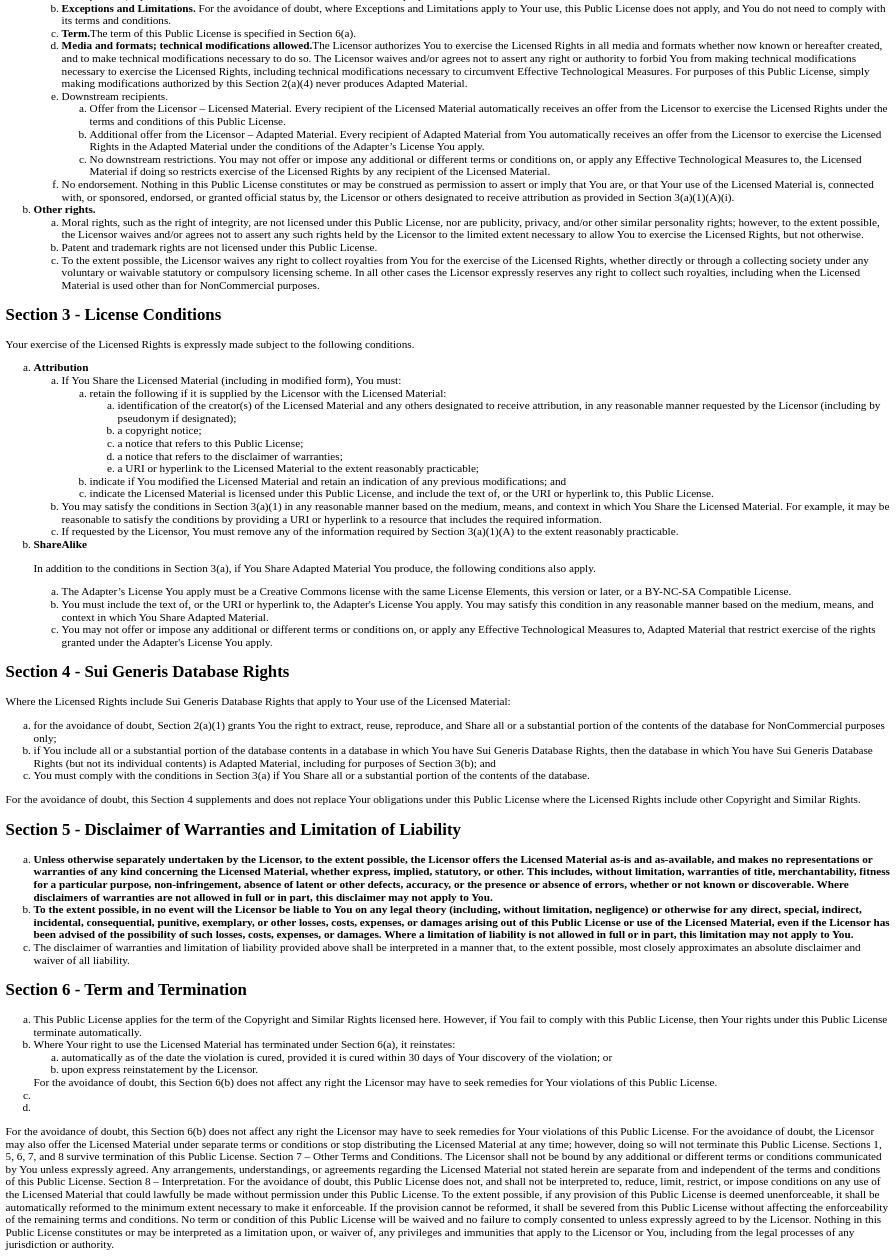
Repository: Team-Ikigami/Ascendance
Page: LICENSE-CC BY-NC-SA.html
These files come from the project's save history. The page is drawn as it stood at one moment and after the next save; the edit follows.
The browser window is 1280 px wide. The pictures show the part of the page from y = 879 to 2799 px (the page is 2674 px tall before and 2799 px after), at 70% of full size.

Above is the page before, as saved 2021-12-12 02:06:42.

### LICENSE-CC BY-NC-SA.html
<!DOCTYPE html>
<html lang="en">
<head>
	<meta charset="UTF-8">
	<meta http-equiv="X-UA-Compatible" content="IE=edge">
	<meta name="viewport" content="width=device-width, initial-scale=1.0">
	<title>LICENSE-CC BY-NC-SA</title>
	<style type="text/css">
		ol { list-style-type: lower-alpha; }
		#center { text-align: center; }
	</style>
</head>
<body>
	<h1 class="center">Creative Commons Attribution-NonCommercial-ShareAlike 4.0 International Public License</h1>
	<p>
		By exercising the Licensed Rights (defined below), You accept and agree to be bound by the terms and conditions of this Creative Commons Attribution-NonCommercial-ShareAlike 4.0 International Public License ("Public License"). To the extent this Public License may be interpreted as a contract, You are granted the Licensed Rights in consideration of Your acceptance of these terms and conditions, and the Licensor grants You such rights in consideration of benefits the Licensor receives from making the Licensed Material available under these terms and conditions.
	</p>
	<h2 class="center">Section 1 – Definitions.</h2>
	<ol>
		<li>Adapted Material means material subject to Copyright and Similar Rights that is derived from or based upon the Licensed Material and in which the Licensed Material is translated, altered, arranged, transformed, or otherwise modified in a manner requiring permission under the Copyright and Similar Rights held by the Licensor. For purposes of this Public License, where the Licensed Material is a musical work, performance, or sound recording, Adapted Material is always produced where the Licensed Material is synched in timed relation with a moving image.</li>
		<li>Adapters License means the license You apply to Your Copyright and Similar Rights in Your contributions to Adapted Material in accordance with the terms and conditions of this Public License.</li>
		<li>BY-NC-SA Compatible License means a license listed at creativecommons.org/compatiblelicenses, approved by Creative Commons as essentially the equivalent of this Public License.</li>
		<li>Copyright and Similar Rights means copyright and/or similar rights closely related to copyright including, without limitation, performance, broadcast, sound recording, and Sui Generis Database Rights, without regard to how the rights are labeled or categorized. For purposes of this Public License, the rights specified in Section 2(b)(1)-(2) are not Copyright and Similar Rights.</li>
		<li>Effective Technological Measures means those measures that, in the absence of proper authority, may not be circumvented under laws fulfilling obligations under Article 11 of the WIPO Copyright Treaty adopted on December 20, 1996, and/or similar international agreements.</li>
		<li>Exceptions and Limitations means fair use, fair dealing, and/or any other exception or limitation to Copyright and Similar Rights that applies to Your use of the Licensed Material.</li>
		<li>License Elements means the license attributes listed in the name of a Creative Commons Public License. The License Elements of this Public License are Attribution, NonCommercial, and ShareAlike.</li>
		<li>Licensed Material means the artistic or literary work, database, or other material to which the Licensor applied this Public License.</li>
		<li>Licensed Rights means the rights granted to You subject to the terms and conditions of this Public License, which are limited to all Copyright and Similar Rights that apply to Your use of the Licensed Material and that the Licensor has authority to license.</li>
		<li>Licensor means the individual(s) or entity(ies) granting rights under this Public License.</li>
		<li>NonCommercial means not primarily intended for or directed towards commercial advantage or monetary compensation. For purposes of this Public License, the exchange of the Licensed Material for other material subject to Copyright and Similar Rights by digital file-sharing or similar means is NonCommercial provided there is no payment of monetary compensation in connection with the exchange.</li>
		<li>Share means to provide material to the public by any means or process that requires permission under the Licensed Rights, such as reproduction, public display, public performance, distribution, dissemination, communication, or importation, and to make material available to the public including in ways that members of the public may access the material from a place and at a time individually chosen by them.</li>
		<li>Sui Generis Database Rights means rights other than copyright resulting from Directive 96/9/EC of the European Parliament and of the Council of 11 March 1996 on the legal protection of databases, as amended and/or succeeded, as well as other essentially equivalent rights anywhere in the world.</li>
		<li>You means the individual or entity exercising the Licensed Rights under this Public License. Your has a corresponding meaning.</li>
	</ol>
	<h2>Section 2 - Scope</h2>
	<ol>
		<li>License grant.
			<ol>
				<li>Subject to the terms and conditions of this Public License, the Licensor hereby grants You a worldwide, royalty-free, non-sublicensable, non-exclusive, irrevocable license to exercise the Licensed Rights in the Licensed Material to:
					<ol>
						<li>reproduce and Share the Licensed Material, in whole or in part, for NonCommercial purposes only; and</li>
						<li>produce, reproduce, and Share Adapted Material for NonCommercial purposes only.</li>
					</ol>
				</li>
				<li><b>Exceptions and Limitations.</b> For the avoidance of doubt, where Exceptions and Limitations apply to Your use, this Public License does not apply, and You do not need to comply with its terms and conditions.</li>
				<li><b>Term.</b>The term of this Public License is specified in Section 6(a).</li>
				<li><b>Media and formats; technical modifications allowed.</b>The Licensor authorizes You to exercise the Licensed Rights in all media and formats whether now known or hereafter created, and to make technical modifications necessary to do so. The Licensor waives and/or agrees not to assert any right or authority to forbid You from making technical modifications necessary to exercise the Licensed Rights, including technical modifications necessary to circumvent Effective Technological Measures. For purposes of this Public License, simply making modifications authorized by this Section 2(a)(4) never produces Adapted Material.</li>
				<li>Downstream recipients.
					<ol>
						<li>Offer from the Licensor – Licensed Material. Every recipient of the Licensed Material automatically receives an offer from the Licensor to exercise the Licensed Rights under the terms and conditions of this Public License.</li>
						<li>Additional offer from the Licensor – Adapted Material. Every recipient of Adapted Material from You automatically receives an offer from the Licensor to exercise the Licensed Rights in the Adapted Material under the conditions of the Adapter’s License You apply.</li>
						<li>No downstream restrictions. You may not offer or impose any additional or different terms or conditions on, or apply any Effective Technological Measures to, the Licensed Material if doing so restricts exercise of the Licensed Rights by any recipient of the Licensed Material.</li>
					</ol>
				</li>
				<li>No endorsement. Nothing in this Public License constitutes or may be construed as permission to assert or imply that You are, or that Your use of the Licensed Material is, connected with, or sponsored, endorsed, or granted official status by, the Licensor or others designated to receive attribution as provided in Section 3(a)(1)(A)(i).</li>
			</ol>
		</li>
		<li><b>Other rights.</b>
			<ol>
				<li>Moral rights, such as the right of integrity, are not licensed under this Public License, nor are publicity, privacy, and/or other similar personality rights; however, to the extent possible, the Licensor waives and/or agrees not to assert any such rights held by the Licensor to the limited extent necessary to allow You to exercise the Licensed Rights, but not otherwise.</li>
				<li>Patent and trademark rights are not licensed under this Public License.</li>
				<li>To the extent possible, the Licensor waives any right to collect royalties from You for the exercise of the Licensed Rights, whether directly or through a collecting society under any voluntary or waivable statutory or compulsory licensing scheme. In all other cases the Licensor expressly reserves any right to collect such royalties, including when the Licensed Material is used other than for NonCommercial purposes.</li>
			</ol>
		</li>
	</ol>
	<h2>Section 3 - License Conditions</h2>
	Your exercise of the Licensed Rights is expressly made subject to the following conditions.
	<ol>
		<li><b>Attribution</b>
			<ol>
				<li>If You Share the Licensed Material (including in modified form), You must:
					<ol>
						<li>retain the following if it is supplied by the Licensor with the Licensed Material:
							<ol>
								<li>identification of the creator(s) of the Licensed Material and any others designated to receive attribution, in any reasonable manner requested by the Licensor (including by pseudonym if designated);</li>
								<li>a copyright notice;</li>
								<li>a notice that refers to this Public License;</li>
								<li>a notice that refers to the disclaimer of warranties;</li>
								<li>a URI or hyperlink to the Licensed Material to the extent reasonably practicable;</li>
							</ol>
						</li>
						<li>indicate if You modified the Licensed Material and retain an indication of any previous modifications; and</li>
						<li>indicate the Licensed Material is licensed under this Public License, and include the text of, or the URI or hyperlink to, this Public License.</li>
					</ol>
				</li>
				<li>You may satisfy the conditions in Section 3(a)(1) in any reasonable manner based on the medium, means, and context in which You Share the Licensed Material. For example, it may be reasonable to satisfy the conditions by providing a URI or hyperlink to a resource that includes the required information.</li>
				<li>If requested by the Licensor, You must remove any of the information required by Section 3(a)(1)(A) to the extent reasonably practicable.</li>
			</ol>
		</li>
		<li><b>ShareAlike</b>
			<p>In addition to the conditions in Section 3(a), if You Share Adapted Material You produce, the following conditions also apply.</p>
			<ol>
				<li>The Adapter’s License You apply must be a Creative Commons license with the same License Elements, this version or later, or a BY-NC-SA Compatible License.</li>
				<li>You must include the text of, or the URI or hyperlink to, the Adapter's License You apply. You may satisfy this condition in any reasonable manner based on the medium, means, and context in which You Share Adapted Material.</li>
				<li>You may not offer or impose any additional or different terms or conditions on, or apply any Effective Technological Measures to, Adapted Material that restrict exercise of the rights granted under the Adapter's License You apply.</li>
			</ol>
		</li>
	</ol>
	<h2>Section 4 - Sui Generis Database Rights</h2>
	Where the Licensed Rights include Sui Generis Database Rights that apply to Your use of the Licensed Material:
	<ol>
		<li>for the avoidance of doubt, Section 2(a)(1) grants You the right to extract, reuse, reproduce, and Share all or a substantial portion of the contents of the database for NonCommercial purposes only;</li>
		<li>if You include all or a substantial portion of the database contents in a database in which You have Sui Generis Database Rights, then the database in which You have Sui Generis Database Rights (but not its individual contents) is Adapted Material, including for purposes of Section 3(b); and</li>
		<li>You must comply with the conditions in Section 3(a) if You Share all or a substantial portion of the contents of the database.</li>
	</ol>
	For the avoidance of doubt, this Section 4 supplements and does not replace Your obligations under this Public License where the Licensed Rights include other Copyright and Similar Rights.
	<h2>Section 5 - Disclaimer of Warranties and Limitation of Liability</h2>
	<ol>
		<li><b>Unless otherwise separately undertaken by the Licensor, to the extent possible, the Licensor offers the Licensed Material as-is and as-available, and makes no representations or warranties of any kind concerning the Licensed Material, whether express, implied, statutory, or other. This includes, without limitation, warranties of title, merchantability, fitness for a particular purpose, non-infringement, absence of latent or other defects, accuracy, or the presence or absence of errors, whether or not known or discoverable. Where disclaimers of warranties are not allowed in full or in part, this disclaimer may not apply to You.</b></li>
		<li><b>To the extent possible, in no event will the Licensor be liable to You on any legal theory (including, without limitation, negligence) or otherwise for any direct, special, indirect, incidental, consequential, punitive, exemplary, or other losses, costs, expenses, or damages arising out of this Public License or use of the Licensed Material, even if the Licensor has been advised of the possibility of such losses, costs, expenses, or damages. Where a limitation of liability is not allowed in full or in part, this limitation may not apply to You.</b></li>
		<li>The disclaimer of warranties and limitation of liability provided above shall be interpreted in a manner that, to the extent possible, most closely approximates an absolute disclaimer and waiver of all liability.</li>
	</ol>
	<h2>Section 6 - Term and Termination</h2>
	<ol>
		<li>This Public License applies for the term of the Copyright and Similar Rights licensed here. However, if You fail to comply with this Public License, then Your rights under this Public License terminate automatically.</li>
		<li>Where Your right to use the Licensed Material has terminated under Section 6(a), it reinstates:
			<ol>
				<li>automatically as of the date the violation is cured, provided it is cured within 30 days of Your discovery of the violation; or</li>
				<li>upon express reinstatement by the Licensor.</li>
			</ol>
			For the avoidance of doubt, this Section 6(b) does not affect any right the Licensor may have to seek remedies for Your violations of this Public License.
		</li>
		<li></li>
		<li></li>
	</ol>
</body>
</html>

For the avoidance of doubt, this Section 6(b) does not affect any right the Licensor may have to seek remedies for Your violations of this Public License.
For the avoidance of doubt, the Licensor may also offer the Licensed Material under separate terms or conditions or stop distributing the Licensed Material at any time; however, doing so will not terminate this Public License.
Sections 1, 5, 6, 7, and 8 survive termination of this Public License.
Section 7 – Other Terms and Conditions.

The Licensor shall not be bound by any additional or different terms or conditions communicated by You unless expressly agreed.
Any arrangements, understandings, or agreements regarding the Licensed Material not stated herein are separate from and independent of the terms and conditions of this Public License.
Section 8 – Interpretation.

For the avoidance of doubt, this Public License does not, and shall not be interpreted to, reduce, limit, restrict, or impose conditions on any use of the Licensed Material that could lawfully be made without permission under this Public License.
To the extent possible, if any provision of this Public License is deemed unenforceable, it shall be automatically reformed to the minimum extent necessary to make it enforceable. If the provision cannot be reformed, it shall be severed from this Public License without affecting the enforceability of the remaining terms and conditions.
No term or condition of this Public License will be waived and no failure to comply consented to unless expressly agreed to by the Licensor.
Nothing in this Public License constitutes or may be interpreted as a limitation upon, or waiver of, any privileges and immunities that apply to the Licensor or You, including from the legal processes of any jurisdiction or authority.

After the next save:
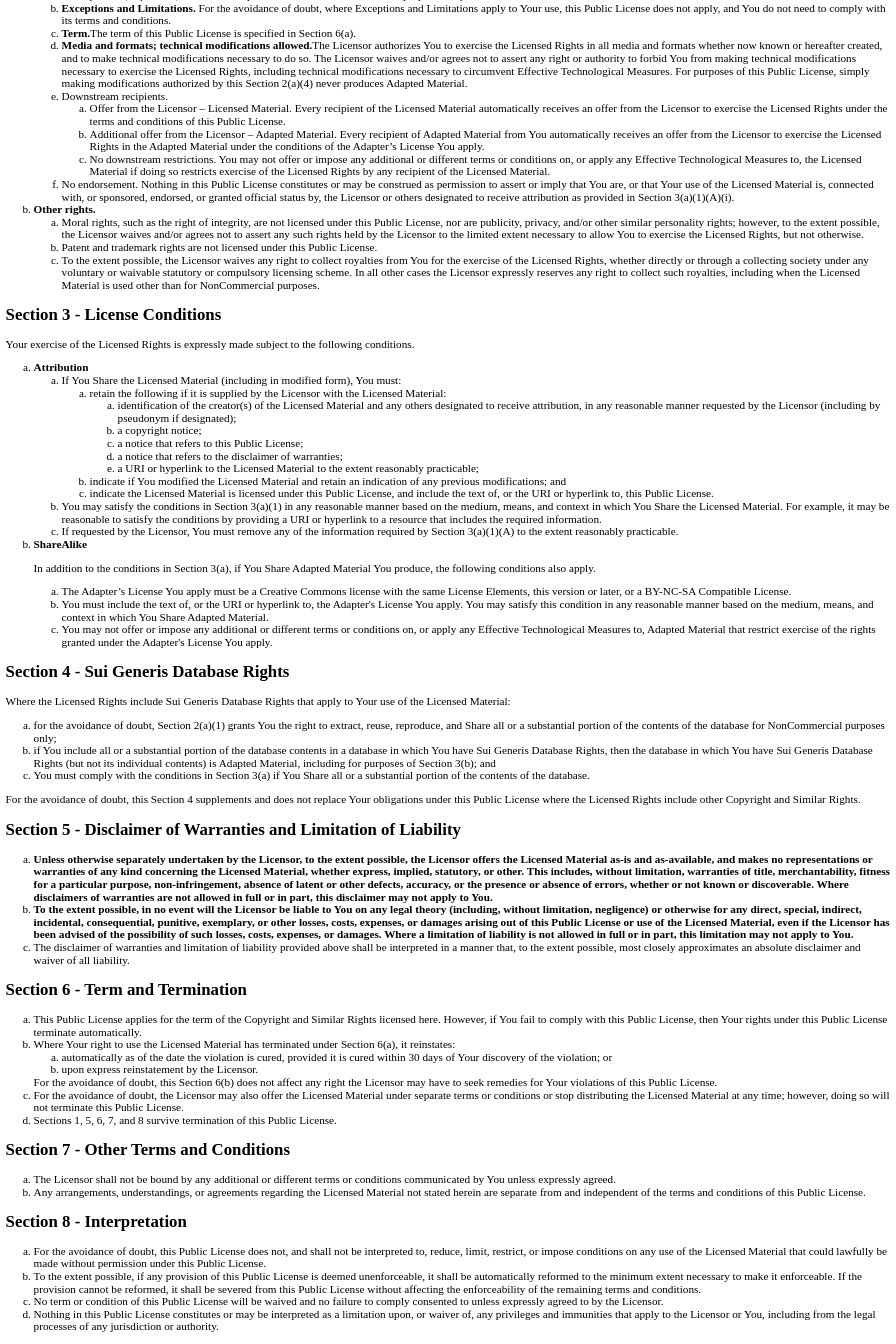
Saved 4 min 19 s later.
--- a/LICENSE-CC BY-NC-SA.html
+++ b/LICENSE-CC BY-NC-SA.html
@@ -120,22 +120,20 @@
 			</ol>
 			For the avoidance of doubt, this Section 6(b) does not affect any right the Licensor may have to seek remedies for Your violations of this Public License.
 		</li>
-		<li></li>
-		<li></li>
+		<li>For the avoidance of doubt, the Licensor may also offer the Licensed Material under separate terms or conditions or stop distributing the Licensed Material at any time; however, doing so will not terminate this Public License.</li>
+		<li>Sections 1, 5, 6, 7, and 8 survive termination of this Public License.</li>
+	</ol>
+	<h2>Section 7 - Other Terms and Conditions</h2>
+	<ol>
+		<li>The Licensor shall not be bound by any additional or different terms or conditions communicated by You unless expressly agreed.</li>
+		<li>Any arrangements, understandings, or agreements regarding the Licensed Material not stated herein are separate from and independent of the terms and conditions of this Public License.</li>
+	</ol>
+	<h2>Section 8 - Interpretation</h2>
+	<ol>
+		<li>For the avoidance of doubt, this Public License does not, and shall not be interpreted to, reduce, limit, restrict, or impose conditions on any use of the Licensed Material that could lawfully be made without permission under this Public License.</li>
+		<li>To the extent possible, if any provision of this Public License is deemed unenforceable, it shall be automatically reformed to the minimum extent necessary to make it enforceable. If the provision cannot be reformed, it shall be severed from this Public License without affecting the enforceability of the remaining terms and conditions.</li>
+		<li>No term or condition of this Public License will be waived and no failure to comply consented to unless expressly agreed to by the Licensor.</li>
+		<li>Nothing in this Public License constitutes or may be interpreted as a limitation upon, or waiver of, any privileges and immunities that apply to the Licensor or You, including from the legal processes of any jurisdiction or authority.</li>
 	</ol>
 </body>
 </html>
-
-For the avoidance of doubt, this Section 6(b) does not affect any right the Licensor may have to seek remedies for Your violations of this Public License.
-For the avoidance of doubt, the Licensor may also offer the Licensed Material under separate terms or conditions or stop distributing the Licensed Material at any time; however, doing so will not terminate this Public License.
-Sections 1, 5, 6, 7, and 8 survive termination of this Public License.
-Section 7 – Other Terms and Conditions.
-
-The Licensor shall not be bound by any additional or different terms or conditions communicated by You unless expressly agreed.
-Any arrangements, understandings, or agreements regarding the Licensed Material not stated herein are separate from and independent of the terms and conditions of this Public License.
-Section 8 – Interpretation.
-
-For the avoidance of doubt, this Public License does not, and shall not be interpreted to, reduce, limit, restrict, or impose conditions on any use of the Licensed Material that could lawfully be made without permission under this Public License.
-To the extent possible, if any provision of this Public License is deemed unenforceable, it shall be automatically reformed to the minimum extent necessary to make it enforceable. If the provision cannot be reformed, it shall be severed from this Public License without affecting the enforceability of the remaining terms and conditions.
-No term or condition of this Public License will be waived and no failure to comply consented to unless expressly agreed to by the Licensor.
-Nothing in this Public License constitutes or may be interpreted as a limitation upon, or waiver of, any privileges and immunities that apply to the Licensor or You, including from the legal processes of any jurisdiction or authority.
